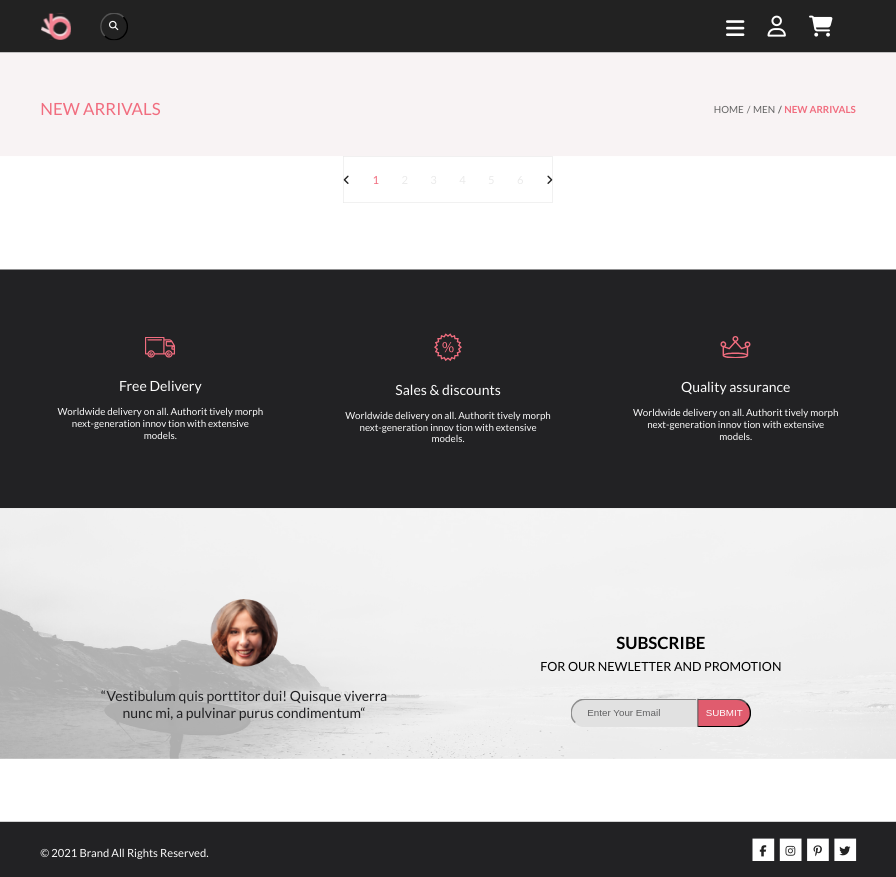
Repository: shtepaa/work-show-linkid
Page: les01/catalog.html
These files come from the project's save history. The page is drawn as it stood at one moment and after the next save; the edit follows.
The browser window is 1280 px wide. The pictures show the part of the page from y = 0 to 1920 px (the page is 1253 px tall before and 2650 px after), at 70% of full size.
Some web libraries are served in a nearby version. The style sheet was rebuilt from its Sass, Less or Tailwind sources for each picture, by a compiler version that may differ from the author's.

Above is the page before, as saved 2022-02-26 11:45:40.

### les01/catalog.html
<!DOCTYPE html>
<html lang="en">
  <head>
    <meta charset="UTF-8" />
    <meta http-equiv="X-UA-Compatible" content="IE=edge" />
    <meta name="viewport" content="width=device-width, initial-scale=1.0" />
    <script
      src="https://kit.fontawesome.com/39fc11746d.js"
      crossorigin="anonymous"
    ></script>
    <title>Brand</title>
    <link rel="shortcut icon" href="img/favicon.ico" type="image/x-icon" />

    <link rel="stylesheet" href="../index.css" />
    <link rel="preconnect" href="https://fonts.googleapis.com" />
    <link rel="preconnect" href="https://fonts.gstatic.com" crossorigin />
    <link
      href="https://fonts.googleapis.com/css2?family=Lato:wght@700;400;900&display=swap"
      rel="stylesheet"
    />
  </head>
  <body>
    <header>
      <div class="container">
        <nav>
          <div class="flex-left">
            <img src="img/logo.svg" alt="logo" />
            <form class="searchBox">
              <input
                class="searchInput"
                type="text"
                name="input"
                placeholder="Search"
              />
              <button class="searchButton">
                <i class="fa fa-search" aria-hidden="true"></i>
              </button>
            </form>
          </div>
          <div class="flex-right">
            <div class="mega-box">
              <div class="contact-img">
                <a href="#"> <i class="fa fa-bars" aria-hidden="true"></i></a>
              </div>
              <div class="mega-item">
                <div class="menu-box">
                  <h3 class="menu-box--style">
                    Menu <i class="fa fa-times" aria-hidden="true"></i>
                  </h3>
                </div>
                <details>
                  <summary>Man</summary>
                  <a class="mega-link" href="#">Accessories</a>
                  <a class="mega-link" href="#">Bags</a>
                  <a class="mega-link" href="#">Denim</a>
                  <a class="mega-link" href="#">T-Shirts</a>
                </details>
                <details>
                  <summary>WOMAN</summary>
                  <a class="mega-link" href="#">Accessories</a>
                  <a class="mega-link" href="#">Jackets & Coats</a>
                  <a class="mega-link" href="#">Polos</a>
                  <a class="mega-link" href="#">T-Shirts</a>
                </details>
                <details>
                  <summary>KIDS</summary>
                  <a class="mega-link" href="#">Accessories</a>
                  <a class="mega-link" href="#">Bags</a>
                  <a class="mega-link" href="#">Denim</a>
                  <a class="mega-link" href="#">T-Shirts</a>
                </details>
              </div>
            </div>
            <div class="contact-img">
              <a href="#"> <i class="fa fa-regular fa-user"></i> </a>
            </div>
            <div class="contact-img">
              <a href="#"> <i class="fa fal fa-shopping-cart"></i> </a>
            </div>
          </div>
        </nav>
      </div>
    </header>
    <!-- Третий блок -->

    <div class="content-test">
      <div class="container">
        <div class="bread-blok">
          <h3 class="bread-arrival">New Arrivals</h3>

          <ul class="breadcrumb">
            <li><a href="./index.html">Home</a></li>
            <li><a href="#">Men</a></li>
            <li>New Arrivals</li>
          </ul>
        </div>
      </div>
    </div>

    <!-- Четвертый блок -->
    <!-- <section class="item-sec">
      <div class="container">
        <div class="fiters-item">
          <div class="filter-left">
            <details class="filter-details">
              <summary class="filter-menu">
                Filter<i class="fa fa-solid fa-bars"></i>
              </summary>
              <summary class="filter-summary">Category</summary>
              <a class="mega-link" href="#">Accessories</a>
              <a class="mega-link" href="#">Bags</a>
              <a class="mega-link" href="#">Denim</a>
              <a class="mega-link" href="#">Hoodies & Sweatshirts</a>
              <a class="mega-link" href="#">Jackets & Coats</a>
              <a class="mega-link" href="#">Polos</a>
              <a class="mega-link" href="#">Shirts</a>
              <a class="mega-link" href="#">Shoes</a>
              <a class="mega-link" href="#">Sweaters & Knits</a>
              <a class="mega-link" href="#">T-Shirts</a>
              <a class="mega-link" href="#">Tanks</a>
              <details>
                <summary class="filter-summary">Brand</summary>
                <a class="mega-link" href="#">Accessories</a>
                <a class="mega-link" href="#">Bags</a>
                <a class="mega-link" href="#">Polos</a>
                <a class="mega-link" href="#">T-Shirts</a>
              </details>
              <details>
                <summary class="filter-summary">Designer</summary>
                <a class="mega-link" href="#">Accessories</a>
                <a class="mega-link" href="#">Bags</a>
                <a class="mega-link" href="#">Denim</a>
                <a class="mega-link" href="#">T-Shirts</a>
              </details>
            </details>
            <details class="det-trendings">
              <summary class="sum-trendings">
                Trending now <i class="fa fa-solid fa-angle-down"></i>
              </summary>
              <div class="border-trend">
                <div class="check-box--trend">
                  <input type="checkbox" id="scales" name="scales" />
                  <label class="label-trend" for="scales">Bags</label>
                </div>
                <div class="check-box--trend">
                  <input type="checkbox" id="scales01" name="scales" />
                  <label class="label-trend" for="scales01">Shoes</label>
                </div>
                <div class="check-box--trend">
                  <input type="checkbox" id="scales02" name="scales" />
                  <label class="label-trend" for="scales02">Denim</label>
                </div>
                <div class="check-box--trend">
                  <input type="checkbox" id="scales03" name="scales" />
                  <label class="label-trend" for="scales03">T-Shirts</label>
                </div>
              </div>
            </details>
            <details class="size-check">
              <summary class="sum-trendings">
                Size <i class="fa fa-solid fa-angle-down"></i>
              </summary>
              <div class="border-trend">
                <div class="check-box--trend">
                  <input type="checkbox" id="scales04" name="scales" />
                  <label class="label-trend" for="scales04">XS</label>
                </div>
                <div class="check-box--trend">
                  <input type="checkbox" id="scales05" name="scales" />
                  <label class="label-trend" for="scales05">S</label>
                </div>
                <div class="check-box--trend">
                  <input type="checkbox" id="scales06" name="scales" />
                  <label class="label-trend" for="scales06">M</label>
                </div>
                <div class="check-box--trend">
                  <input type="checkbox" id="scales07" name="scales" />
                  <label class="label-trend" for="scales07">L</label>
                </div>
              </div>
            </details>
            <details class="price-check">
              <summary class="sum-trendings">
                Price <i class="fa fa-solid fa-angle-down"></i>
              </summary>
              <div class="border-trend">
                <div class="check-box--trend">
                  <input type="checkbox" id="scales08" name="scales" />
                  <label class="label-trend" for="scales08">100$</label>
                </div>
                <div class="check-box--trend">
                  <input type="checkbox" id="scales09" name="scales" />
                  <label class="label-trend" for="scales09">200$</label>
                </div>
                <div class="check-box--trend">
                  <input type="checkbox" id="scales10" name="scales" />
                  <label class="label-trend" for="scales10">300$</label>
                </div>
                <div class="check-box--trend">
                  <input type="checkbox" id="scales11" name="scales" />
                  <label class="label-trend" for="scales11">400$</label>
                </div>
              </div>
            </details>
          </div>
          <div class="filter-right"></div>
        </div>



        <div class="item-box">
          <div class="item">
            <a class="item-link" href="product.html">
              <img class="item-pic" src="img/feat01.png" alt="product" />
              <div class="text-box">
                <p class="text-desc">ELLERY X M'O CAPSULE</p>
                <p class="text-midle">
                  Known for her sculptural takes on traditional tailoring,
                  Australian arbiter of cool Kym Ellery teams up with Moda
                  Operandi.
                </p>
                <p class="text-price">$52.00</p>
              </div>
            </a>
            <div class="cart-box">
              <a class="card-links" href="#">
                <img src="img/02shop.svg" alt="cart" />
                <p class="add-text">Add to Cart</p>
              </a>
            </div>
          </div>
          <div class="item">
            <a class="item-link" href="product.html">
              <img class="item-pic" src="img/feat02.png" alt="product" />
              <div class="text-box">
                <p class="text-desc">ELLERY X M'O CAPSULE</p>
                <p class="text-midle">
                  Known for her sculptural takes on traditional tailoring,
                  Australian arbiter of cool Kym Ellery teams up with Moda
                  Operandi.
                </p>
                <p class="text-price">$52.00</p>
              </div>
            </a>
            <div class="cart-box">
              <a class="card-links" href="#">
                <img src="img/02shop.svg" alt="cart" />
                <p class="add-text">Add to Cart</p>
              </a>
            </div>
          </div>
          <div class="item">
            <a class="item-link" href="product.html">
              <img class="item-pic" src="img/feat03.png" alt="product" />
              <div class="text-box">
                <p class="text-desc">ELLERY X M'O CAPSULE</p>
                <p class="text-midle">
                  Known for her sculptural takes on traditional tailoring,
                  Australian arbiter of cool Kym Ellery teams up with Moda
                  Operandi.
                </p>
                <p class="text-price">$52.00</p>
              </div>
            </a>
            <div class="cart-box">
              <a class="card-links" href="#">
                <img src="img/02shop.svg" alt="cart" />
                <p class="add-text">Add to Cart</p>
              </a>
            </div>
          </div>
          <div class="item">
            <a class="item-link" href="product.html">
              <img class="item-pic" src="img/feat04.png" alt="product" />
              <div class="text-box">
                <p class="text-desc">ELLERY X M'O CAPSULE</p>
                <p class="text-midle">
                  Known for her sculptural takes on traditional tailoring,
                  Australian arbiter of cool Kym Ellery teams up with Moda
                  Operandi.
                </p>
                <p class="text-price">$52.00</p>
              </div>
            </a>
            <div class="cart-box">
              <a class="card-links" href="#">
                <img src="img/02shop.svg" alt="cart" />
                <p class="add-text">Add to Cart</p>
              </a>
            </div>
          </div>
          <div class="item">
            <a class="item-link" href="product.html">
              <img class="item-pic" src="img/feat05.png" alt="product" />
              <div class="text-box">
                <p class="text-desc">ELLERY X M'O CAPSULE</p>
                <p class="text-midle">
                  Known for her sculptural takes on traditional tailoring,
                  Australian arbiter of cool Kym Ellery teams up with Moda
                  Operandi.
                </p>
                <p class="text-price">$52.00</p>
              </div>
            </a>
            <div class="cart-box">
              <a class="card-links" href="#">
                <img src="img/02shop.svg" alt="cart" />
                <p class="add-text">Add to Cart</p>
              </a>
            </div>
          </div>
          <div class="item">
            <a class="item-link" href="product.html">
              <img class="item-pic" src="img/feat06.png" alt="product" />
              <div class="text-box">
                <p class="text-desc">ELLERY X M'O CAPSULE</p>
                <p class="text-midle">
                  Known for her sculptural takes on traditional tailoring,
                  Australian arbiter of cool Kym Ellery teams up with Moda
                  Operandi.
                </p>
                <p class="text-price">$52.00</p>
              </div>
            </a>
            <div class="cart-box">
              <a class="card-links" href="#">
                <img src="img/02shop.svg" alt="cart" />
                <p class="add-text">Add to Cart</p>
              </a>
            </div>
          </div>
        </div>
      </div>
    </section> -->

    <div class="container">
      <div class="pagination-box">
        <div class="pagination">
          <a href="#"><i class="fa fa-angle-left" aria-hidden="true"></i></a>
          <a href="#" class="active">1</a>
          <a href="#">2</a>
          <a href="#">3</a>
          <a href="#">4</a>
          <a href="#">5</a>
          <a href="#">6</a>

          <a href="#"><i class="fa fa-angle-right" aria-hidden="true"></i></a>
        </div>
      </div>
    </div>

    <div class="section-icons">
      <div class="container wrapper-icons">
        <div class="first-icons">
          <img class="car-icons" src="img/car.svg" alt="car"/>
          <h3 class="car-icons--text">Free Delivery</h3>
          <p class="car-icons--context">
            Worldwide delivery on all. Authorit tively morph next-generation
            innov tion with extensive models.
          </p>
        </div>
        <div class="first-icons">
          <img class="car-icons" src="img/discount.svg" alt="discount"/>
          <h3 class="car-icons--text">Sales & discounts</h3>
          <p class="car-icons--context">
            Worldwide delivery on all. Authorit tively morph next-generation
            innov tion with extensive models.
          </p>
        </div>
        <div class="first-icons">
          <img class="car-icons" src="img/corona.svg" alt="corona"/>
          <h3 class="car-icons--text">Quality assurance</h3>
          <p class="car-icons--context">
            Worldwide delivery on all. Authorit tively morph next-generation
            innov tion with extensive models.
          </p>
        </div>
      </div>
    </div>

    <div class="quotes-section">
      <div class="container">
        <div class="wrap-quotes">
          <div class="figure-box">
            <div class="figure-image ">
              <img src="img/author.png" alt="lady">
            </div>
            <div class="figure-text">
              <p class="figcaption">
                “Vestibulum quis porttitor dui! Quisque viverra nunc mi, a pulvinar purus condimentum“
              </p>
            </div>
          </div>
          <div class="figure-box enter-mail">
            <h1 class="subscribe">SUBSCRIBE</h1>
            <h2 class="promotion">FOR OUR NEWLETTER AND PROMOTION</h2>
            <form class="subscribe-wrapper">
              <input
                type="email"
                name="email"
                class="subscribe-input"
                placeholder="Enter Your Email"
              />
              <button class="submit-btn">SUBMIT</button>
            </form>
          </div>
        </div>
      </div>
    </div>
    <!-- Footer -->
    <footer>
      <div class="container">
        <div class="footer-contant">
          <div class="copy-righ">
            <span class="copy-text">© 2021 Brand All Rights Reserved.</span>
          </div>
          <div class="networks">
            <div class="insta networks-fig">
              <a
                class="link-netw"
                href="https://facebook.com/username"
                target="_blank"
              >
                <i class="fa fa-brands fa-facebook-f"></i>
              </a>
            </div>
            <div class="insta insta-fig">
              <a
                class="link-netw"
                href="https://facebook.com/username"
                target="_blank"
              >
                <i class="fa fa-brands fa-instagram"></i>
              </a>
            </div>
            <div class="insta pint-fig">
              <a
                class="link-netw"
                href="https://facebook.com/username"
                target="_blank"
              >
                <i class="fa fa-brands fa-pinterest-p"></i>
              </a>
            </div>
            <div class="insta twit-fig">
              <a
                class="link-netw"
                href="https://facebook.com/username"
                target="_blank"
              >
                <i class="fa fa-brands fa-twitter"></i>
              </a>
            </div>
          </div>
        </div>
      </div>
    </footer>
  </body>
</html>

### les01/styles/_variables.scss
$c-black:#222;
$c-pink:#f16d7f;
$c-grey:#6f6e6e;
$c-dr-blue:#2f3640;
$c-white:white;
$c-ligth-grey:#9f9f9f;
$c-norm-grey:#5d5d5d;
$c-rosa:#ff6a6a;
$c-light:#fbfbfb;
$c-dark:#222224;
$c-lit-white:#e1e1e1;
$bck-col-black: #222;
$bck-col-dr-white: #f1e4e6;
$bck-col-white: #fff;
$bck-col-dark:#222224;
$bck-col-pink:#e05c6e;
$col-hex:#F8F3F4;
$c-bread:#636363;
$c-border:#EF5B70;
$c-pagin:#EBEBEB;
$slide-c:#F7F7F7;
$slide-back:rgba(42, 42, 42, 0.15);
$bord-colect:#EAEAEA;
$c-gravy:#4D4D4D;
$c-stone:#5E5E5E;

Loaded but not shown: les01/img/car.svg (3 lines, source omitted); les01/styles/index.scss (1030 lines, source omitted)

After the next save:
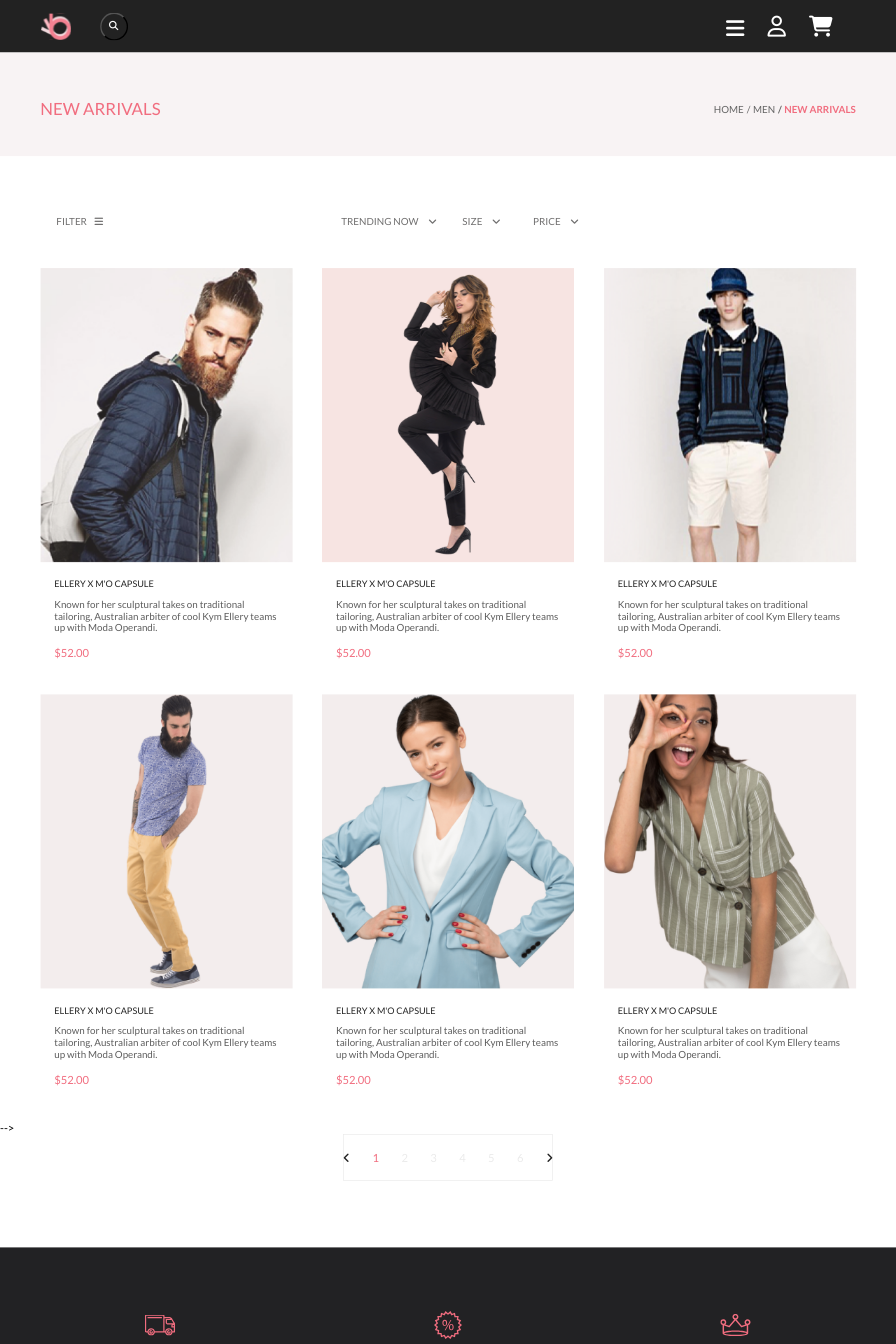
Saved 70 s later.
--- a/les01/catalog.html
+++ b/les01/catalog.html
@@ -98,7 +98,7 @@
     </div>
 
     <!-- Четвертый блок -->
-    <!-- <section class="item-sec">
+    <section class="item-sec">
       <div class="container">
         <div class="fiters-item">
           <div class="filter-left">
